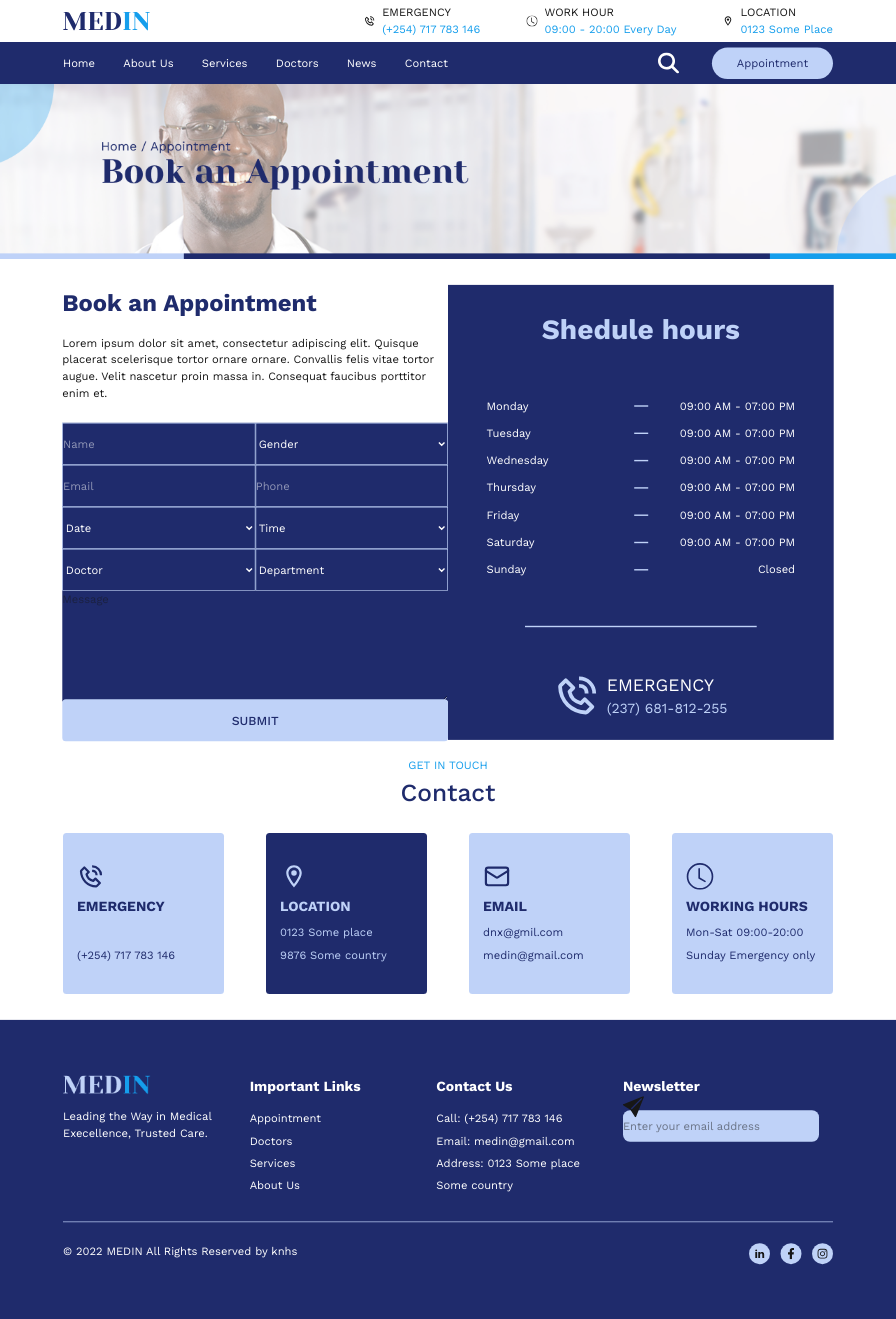
Repository: SynHK3/Poc_Hospital
Page: /appointment (app in fe_hospital/)
The author's editor kept a copy of each file at every save. The page is drawn from the files as they stood at one save, then again after a run of saves.
The browser window is 1280 px wide. The pictures show the whole page, at 70% of full size.
The project was rebuilt for these pictures with package versions that can differ from the ones it lists, and the page was loaded fresh each time. The framework's server and built-in components were replaced by stand-ins that run in the browser. Also part of the build but not shown: fe_hospital/next.config.ts.

Above is the page before, as saved 2025-09-02 22:57:42.

After the next 2 saves:
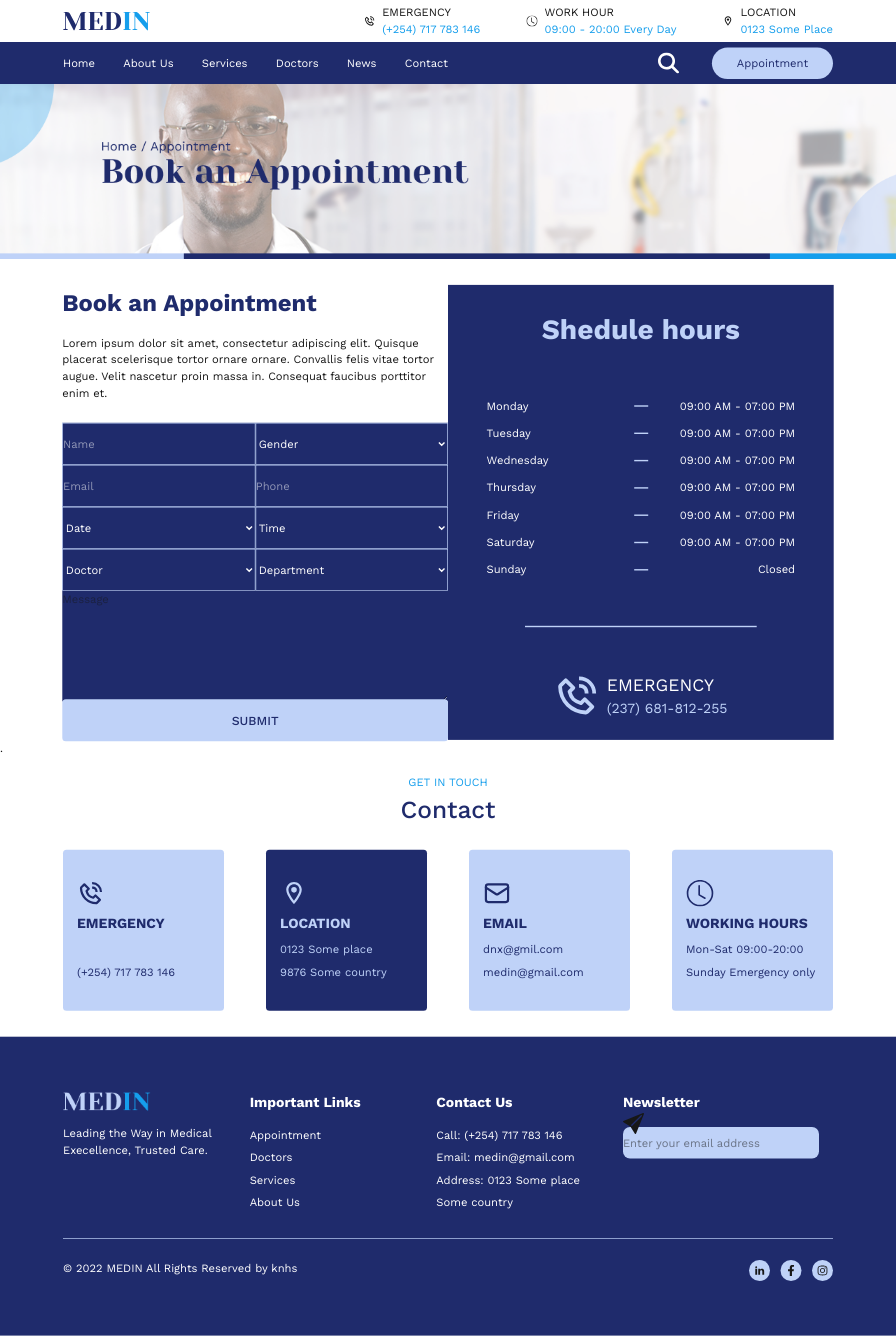
The 2 saves are shown as one change because they came seconds apart.
The last was saved 7 s later.
--- a/fe_hospital/src/app/appointment/page.tsx
+++ b/fe_hospital/src/app/appointment/page.tsx
@@ -132,8 +132,10 @@ export default function Appointment() {
             </div>
           </div>
         </div>
-        {/* Start Form Book AppointMent */}
+        {/* End Form Book AppointMent */}
       </div>
+
+      .
       <Contact></Contact>
       <Footer></Footer>
     </div>
